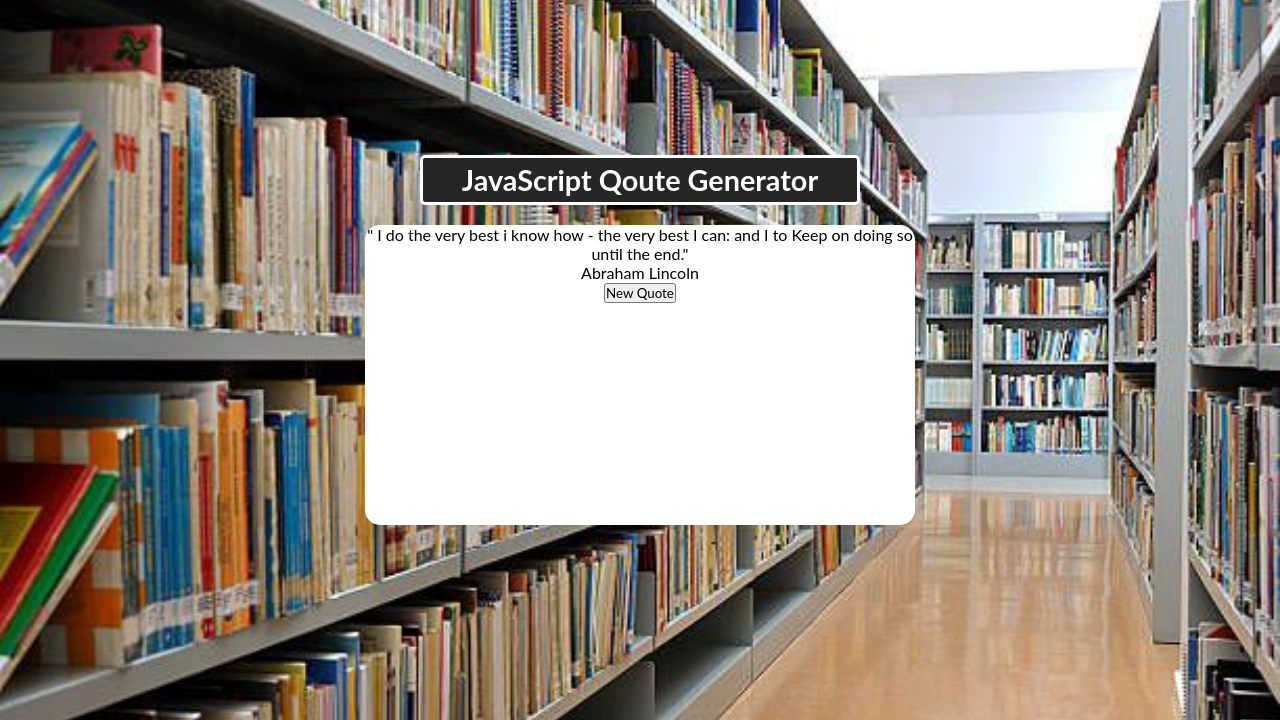
Repository: wakoya-tech/react-project
Page: Desktop/shaakala/pro/index.html
These files come from the project's save history. The page is drawn as it stood at one moment and after the next save; the edit follows.
The browser window is 1280 px wide. The pictures show the whole page.
Some web libraries are served in a nearby version.

Above is the page before, as saved 2025-08-30 14:23:49.

After the next save:
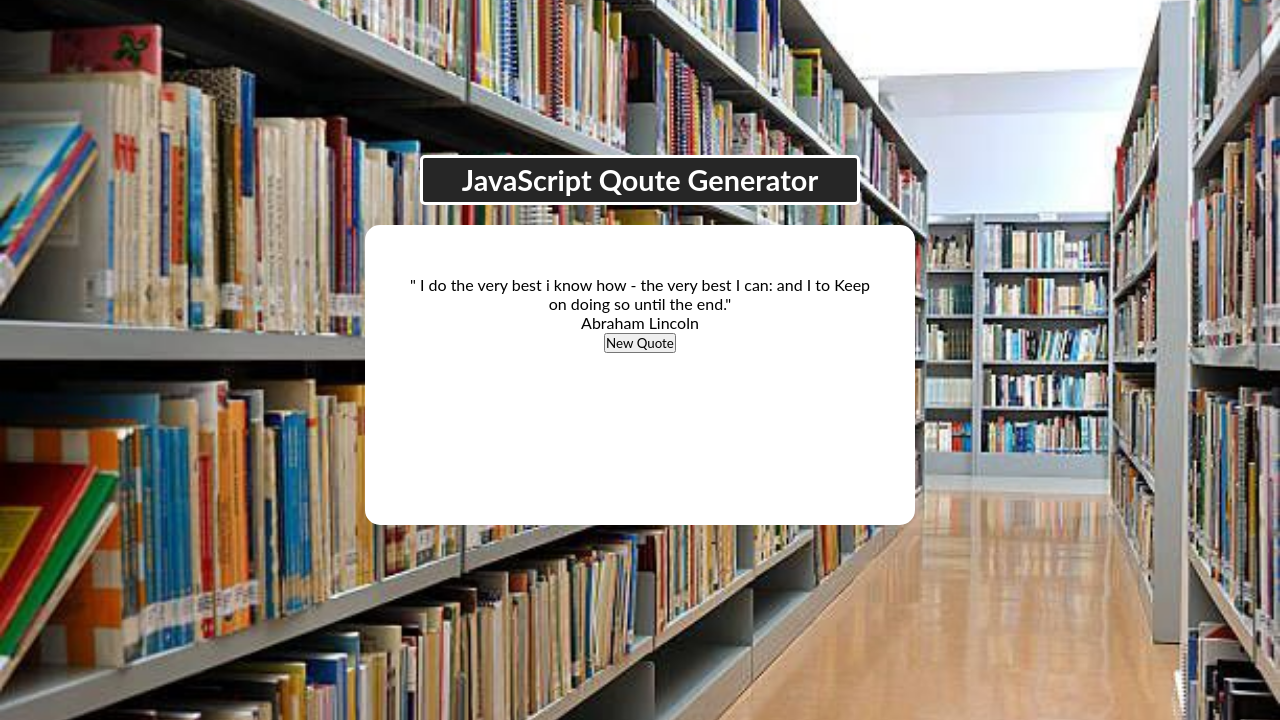
Saved 22 s later.
--- a/Desktop/shaakala/pro/style.css
+++ b/Desktop/shaakala/pro/style.css
@@ -32,4 +32,5 @@ body {
     height: 300px;
     background-color: #fff;
     border-radius: 15px;
+    padding: 50px 40px;
 }
